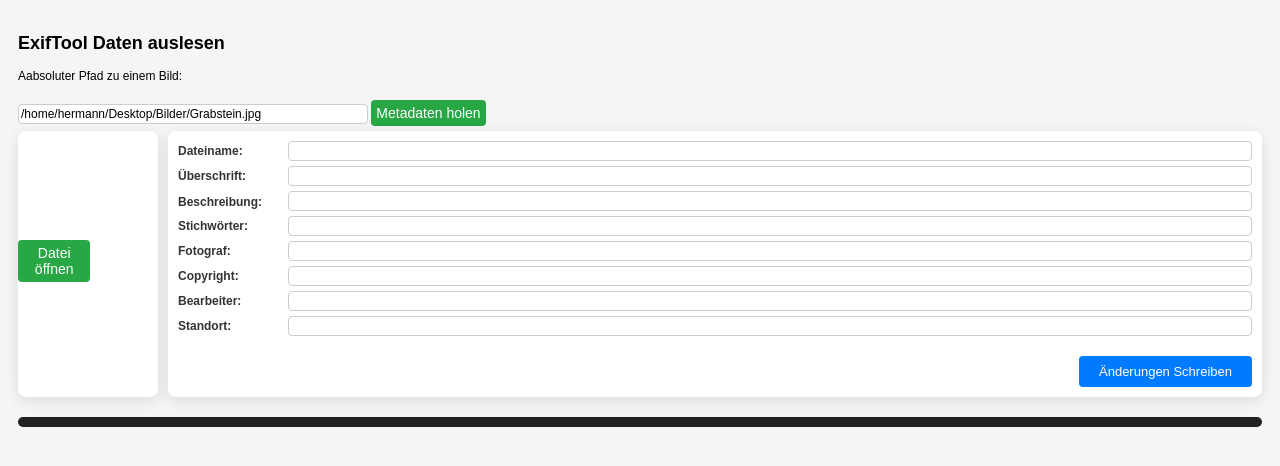
Repository: h-fahle/metadata
Page: ui/index.html
An editor plug-in stored every save of this project. The page is shown before and after the next save, followed by the edit.
The browser window is 1280 px wide. The pictures show the whole page.

Above is the page before, as saved 2026-08-16 11:53:35.

After the next save:
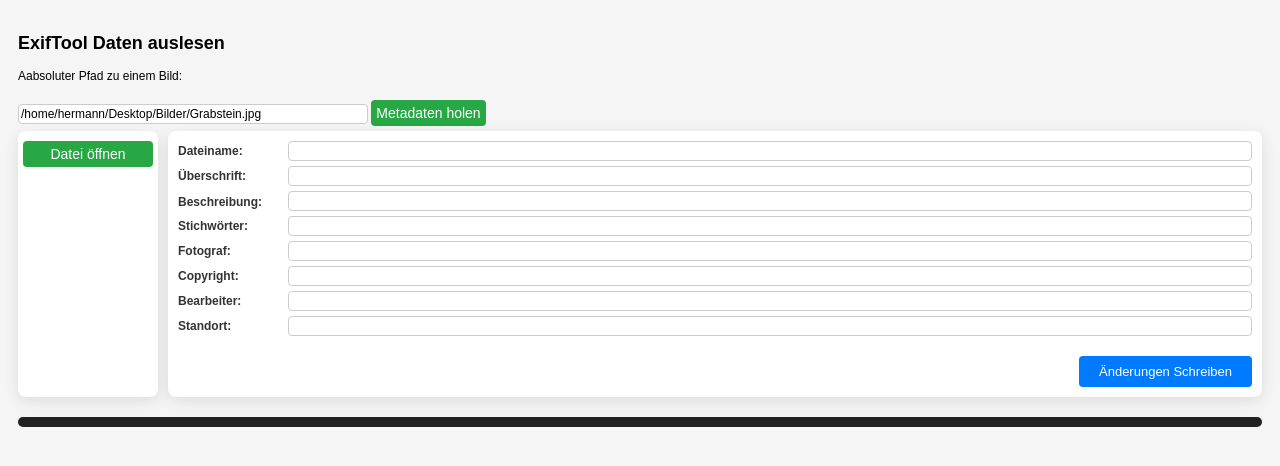
Saved 85 s later.
--- a/ui/style.css
+++ b/ui/style.css
@@ -43,13 +43,16 @@ input#bildpfad {
 #sidebar {
 	width: 140px;
 	min-width: 140px;
+
 	display: flex;
-  	align-items: center;      /* ZENTRIERT NUR HORIZONTAL */
-  	justify-content: flex-start; /* STARTET GANZ OBEN (Keine vertikale Zentrierung!) */
+	flex-direction: column;
+  	align-items: center;
+  	justify-content: flex-start;
+
 	padding-top: 5px;
 	background-color: #ffffff;
-	border-radius: 8px;   /* Schöne abgerundete Ecken */
-	box-shadow: 0 4px 15px rgba(0, 0, 0, 0.1); /* Gleicher Schatten wie das Formular */
+	border-radius: 8px;
+	box-shadow: 0 4px 15px rgba(0, 0, 0, 0.1);
 }
 #file-open {
 	 width: 130px;
